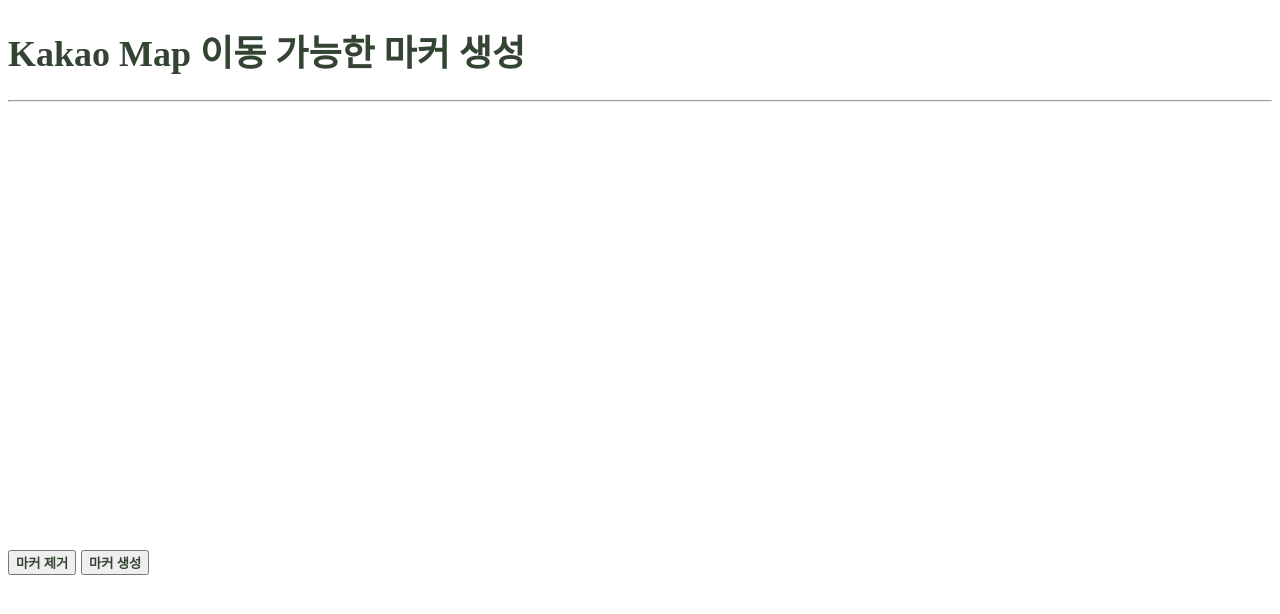
Repository: Jejeong-Moon/KakaoMapStudy
Page: KakaoMapStudy/MapApp/WebContent/MapTest015.html
These files come from the project's save history. The page is drawn as it stood at one moment and after the next save; the edit follows.
The browser window is 1280 px wide. The pictures show the whole page.

Above is the page before, as saved 2025-03-11 02:38:10.
Console error: ReferenceError: initialize is not defined

After the next save:
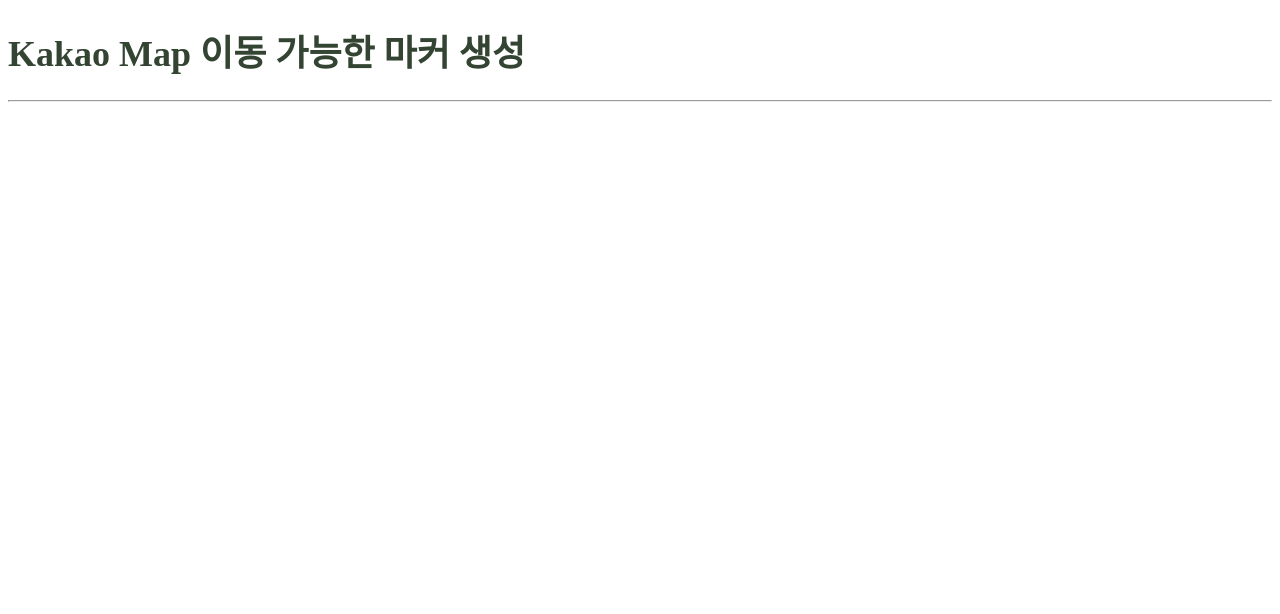
Saved 17 s later.
--- a/KakaoMapStudy/MapApp/WebContent/MapTest015.html
+++ b/KakaoMapStudy/MapApp/WebContent/MapTest015.html
@@ -26,11 +26,6 @@
 <div id="map" style="width: 100%; height: 400px;"></div>
 <br />
 
-<p>
-	<button type="button" class="btn" onclick="removeMarker()">마커 제거</button>
-	<button type="button" class="btn" onclick="createMarker()">마커 생성</button>
-</p>
-
 <div id="result"></div>
 
 
